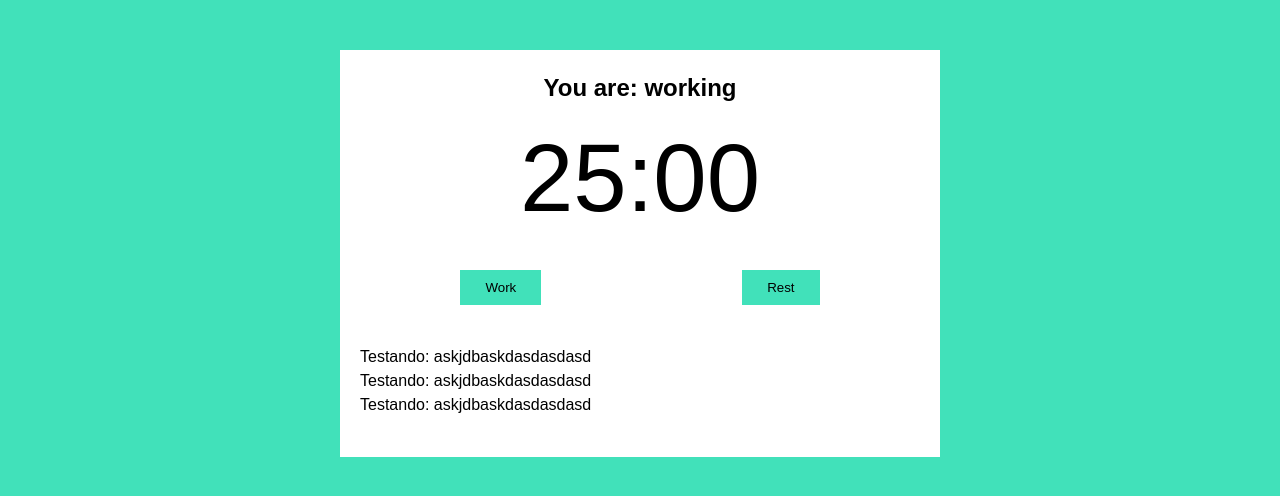
Repository: JuanPabloDS/Pomodoro
Page: / (app in pomodoro/)
These files come from the project's save history. The page is drawn as it stood at one moment and after the next save; the edit follows.
The browser window is 1280 px wide. The pictures show the whole page.
The project was rebuilt for these pictures with package versions that can differ from the ones it lists, and the page was loaded fresh each time. Also part of the build but not shown: pomodoro/src/App.css. Imported but missing from the stored project, and not drawn on this page: pomodoro/src/sounds/bell-finish.mp3, pomodoro/src/sounds/bell-start.mp3.

Above is the page before, as saved 2024-01-25 16:02:30.

After the next save:
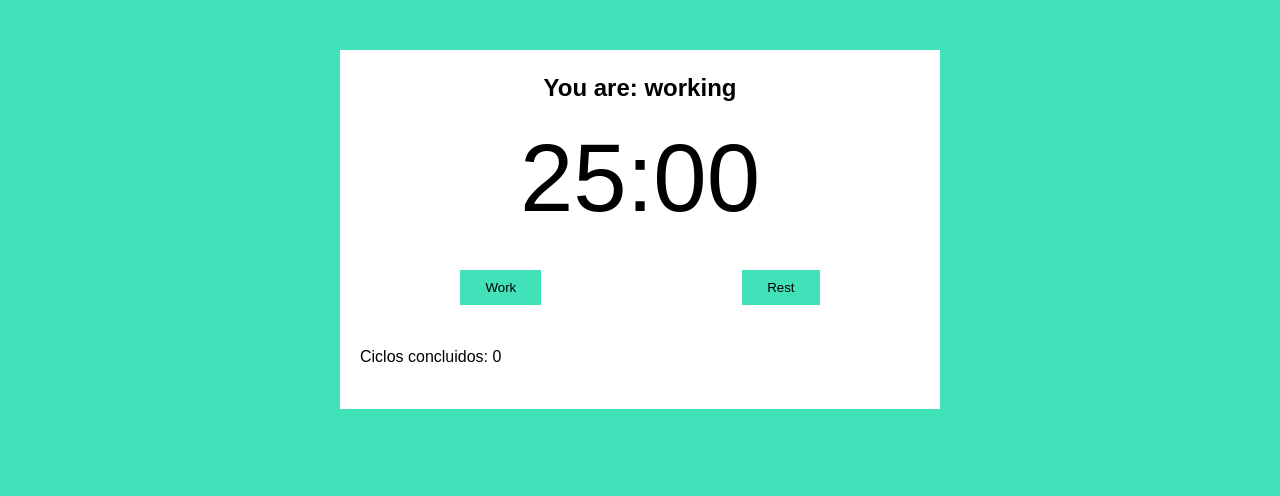
Saved 7 min 52 s later.
--- a/pomodoro/src/components/pomodoro-timer.tsx
+++ b/pomodoro/src/components/pomodoro-timer.tsx
@@ -88,9 +88,7 @@ export function PomodoroTimer(props: Props): JSX.Element {
       </div>
 
       <div className="details">
-        <p>Testando: askjdbaskdasdasdasd</p>
-        <p>Testando: askjdbaskdasdasdasd</p>
-        <p>Testando: askjdbaskdasdasdasd</p>
+        <p>Ciclos concluidos: {completedCycles}</p>
       </div>
     </div>
   );
